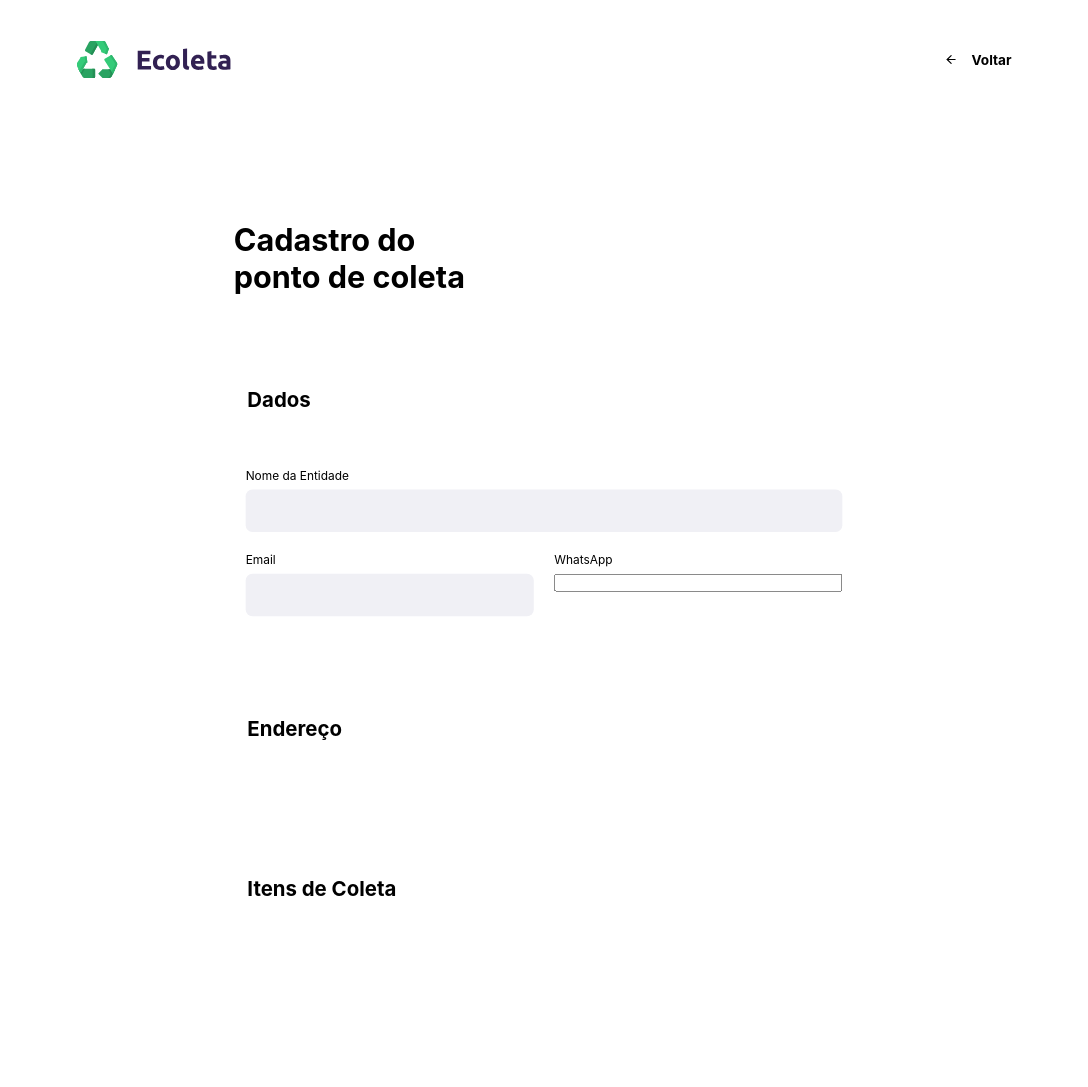
Repository: johnnedemoraesrocha/nlw-o1
Page: /create-point (app in web/)
These files come from the project's save history. The page is drawn as it stood at one moment and after the next save; the edit follows.
The browser window is 1280 px wide. The pictures show the whole page, at 85% of full size.
The project was rebuilt for these pictures with package versions that can differ from the ones it lists, and the page was loaded fresh each time. Also part of the build but not shown: web/src/App.css, web/src/pages/Home/Home.css, web/src/pages/Home/index.tsx.

Above is the page before, as saved 2020-06-03 22:45:30.

### web/public/index.html
<!DOCTYPE html>
<html lang="en">
  <head>
    <meta charset="utf-8" />
    <link rel="icon" href="%PUBLIC_URL%/favicon.ico" />
    <meta name="viewport" content="width=device-width, initial-scale=1" />
    <meta name="theme-color" content="#34CB79" />
    <meta
      name="description"
      content="Web site created using create-react-app"
    />
    <link rel="apple-touch-icon" href="%PUBLIC_URL%/logo192.png" />
    <!--
      manifest.json provides metadata used when your web app is installed on a
      user's mobile device or desktop. See https://developers.google.com/web/fundamentals/web-app-manifest/
    -->
    <!--<link rel="manifest" href="%PUBLIC_URL%/manifest.json" />-->
    <!--
      Notice the use of %PUBLIC_URL% in the tags above.
      It will be replaced with the URL of the `public` folder during the build.
      Only files inside the `public` folder can be referenced from the HTML.

      Unlike "/favicon.ico" or "favicon.ico", "%PUBLIC_URL%/favicon.ico" will
      work correctly both with client-side routing and a non-root public URL.
      Learn how to configure a non-root public URL by running `npm run build`.
    -->
    <title>Ecoleta</title>
  </head>
  <body>
    <noscript>You need to enable JavaScript to run this app.</noscript>
    <div id="root"></div>

  </body>
</html>

### web/src/App.tsx
import React, { useState } from 'react';
//import ReactDOM from 'react-dom';
import logo from './logo.svg';
import './App.css';

//import Header from './Header';
import Routes from './routes';

function App() {

  return (
    <div>
      <Routes  />
    </div>
  );
}

export default App;

### web/src/routes.tsx
import React from 'react';
import { Route, BrowserRouter } from 'react-router-dom';

import Home from './pages/Home';
import CreatePoint from './pages/CreatePoint';

const Routes = () => {
    return (
        <BrowserRouter>
            <Route component={Home} path="/" exact/>
            <Route component={CreatePoint} path="/create-point"/>
        </BrowserRouter>
    )
}
export default Routes;

### web/src/pages/CreatePoint/index.tsx
import React from 'react';
import { Link } from 'react-router-dom';
import { FiArrowLeft } from 'react-icons/fi';

import './CreatePoint.css';

import logo from '../../assets/logo.svg';

const CreatePoint = () => {
    return (
        <div id="page-create-point">
            <header>
                <img src={logo} alt="Ecoleta"></img>
                <Link to="/">
                    <FiArrowLeft />
                    Voltar
                </Link>
            </header>

            <form>
                <h1>Cadastro do <br/> ponto de coleta</h1>

                <fieldset>
                    <legend>
                        <h2>Dados</h2>
                    </legend>

                    <div className="field">
                        <label htmlFor="name">Nome da Entidade</label>
                        <input type="text" name="name" id="name" />
                    </div>

                    <div className="field-group">

                        <div className="field">
                            <label htmlFor="email">Email</label>
                            <input type="email" name="email" id="email" />
                        </div>

                        <div className="field">
                            <label htmlFor="whatsapp">WhatsApp</label>
                            <input type="tel" name="whatsapp" id="whatsapp" />
                        </div>

                    </div>
                </fieldset>

                <fieldset>
                    <legend>
                        <h2>Endereço</h2>
                    </legend>
                </fieldset>

                <fieldset>
                    <legend>
                        <h2>Itens de Coleta</h2>
                    </legend>
                </fieldset>
            </form>

        </div>
    )
}

export default CreatePoint;

### web/src/pages/CreatePoint/CreatePoint.css
#page-create-point {
  width: 100%;
  max-width: 1100px;

  margin: 0 auto;
}

#page-create-point header {
  margin-top: 48px;

  display: flex;
  justify-content: space-between;
  align-items: center;
}

#page-create-point header a {
  color: var(--title-color);
  font-weight: bold;
  text-decoration: none;

  display: flex;
  align-items: center;
}

#page-create-point header a svg {
  margin-right: 16px;
  color: var(--primary-color);
}

#page-create-point form {
  margin: 80px auto;
  padding: 64px;
  max-width: 730px;
  background: #FFF;
  border-radius: 8px;

  display: flex;
  flex-direction: column;
}

#page-create-point form h1 {
  font-size: 36px;
}

#page-create-point form fieldset {
  margin-top: 64px;
  min-inline-size: auto;
  border: 0;
}

#page-create-point form legend {
  width: 100%;
  display: flex;
  justify-content: space-between;
  align-items: center;
  margin-bottom: 40px;
}

#page-create-point form legend h2 {
  font-size: 24px;
}

#page-create-point form legend span {
  font-size: 14px;
  font-weight: normal;
  color: var(--text-color);
}

#page-create-point form .field-group {
  flex: 1;
  display: flex;
}

#page-create-point form .field {
  flex: 1;

  display: flex;
  flex-direction: column;
  margin-bottom: 24px;
}

#page-create-point form .field input[type=text],
#page-create-point form .field input[type=email],
#page-create-point form .field input[type=number] {
  flex: 1;
  background: #F0F0F5;
  border-radius: 8px;
  border: 0;
  padding: 16px 24px;
  font-size: 16px;
  color: #6C6C80;
}

#page-create-point form .field select {
  -webkit-appearance: none;
  -moz-appearance: none;
  appearance: none;
  flex: 1;
  background: #F0F0F5;
  border-radius: 8px;
  border: 0;
  padding: 16px 24px;
  font-size: 16px;
  color: #6C6C80;
}

#page-create-point form .field input::placeholder {
  color: #A0A0B2;
}

#page-create-point form .field label {
  font-size: 14px;
  margin-bottom: 8px;
}

#page-create-point form .field :disabled {
  cursor: not-allowed;
}

#page-create-point form .field-group .field + .field {
  margin-left: 24px;
}

#page-create-point form .field-group input + input {
  margin-left: 24px;
}

#page-create-point form .field-check {
  flex-direction: row;
  align-items: center;
}

#page-create-point form .field-check input[type=checkbox] {
  background: #F0F0F5;
}

#page-create-point form .field-check label {
  margin: 0 0 0 8px;
}

#page-create-point form .leaflet-container {
  width: 100%;
  height: 350px;
  border-radius: 8px;
  margin-bottom: 24px;
}

#page-create-point form button {
  width: 260px;
  height: 56px;
  background: var(--primary-color);
  border-radius: 8px;
  color: #FFF;
  font-weight: bold;
  font-size: 16px;
  border: 0;
  align-self: flex-end;
  margin-top: 40px;
  transition: background-color 0.2s;
  cursor: pointer;
}

#page-create-point form button:hover {
  background: #2FB86E;
}

.items-grid {
  display: grid;
  grid-template-columns: repeat(3, 1fr);
  gap: 16px;
  list-style: none;
}

.items-grid li {
  background: #f5f5f5;
  border: 2px solid #f5f5f5;
  height: 180px;
  border-radius: 8px;
  padding: 32px 24px 16px;

  display: flex;
  flex-direction: column;
  justify-content: space-between;
  align-items: center;

  text-align: center;

  cursor: pointer;
}

.items-grid li span {
  flex: 1;
  margin-top: 12px;

  display: flex;
  align-items: center;
  color: var(--title-color)
}

.items-grid li.selected {
  background: #E1FAEC;
  border: 2px solid #34CB79;
}

Loaded but not shown: web/src/index.tsx (common file); web/src/index.css (common file)

After the next save:
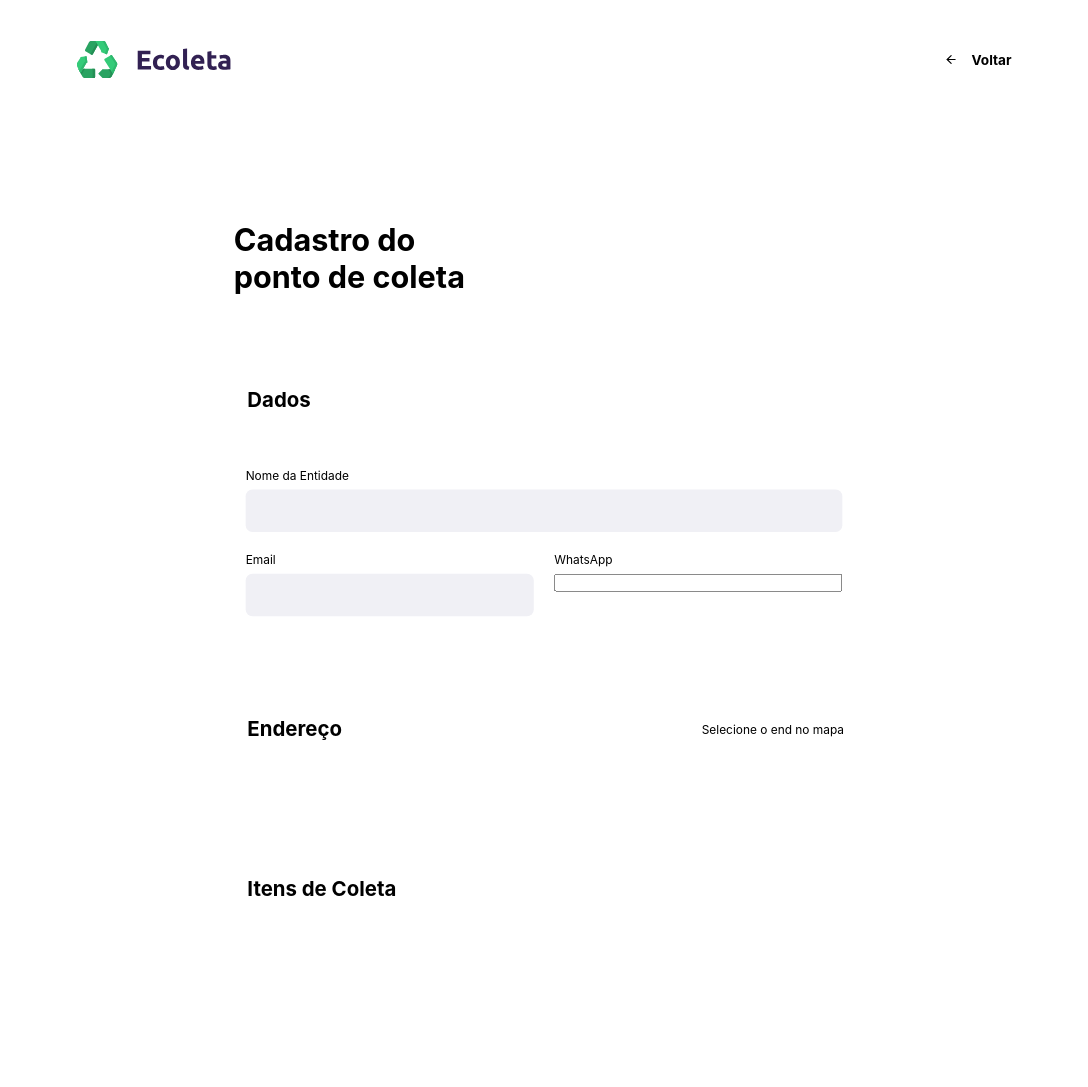
Saved 22 s later.
--- a/web/src/pages/CreatePoint/index.tsx
+++ b/web/src/pages/CreatePoint/index.tsx
@@ -48,6 +48,7 @@ const CreatePoint = () => {
                 <fieldset>
                     <legend>
                         <h2>Endereço</h2>
+                        <span>Selecione o end no mapa</span>
                     </legend>
                 </fieldset>
 
